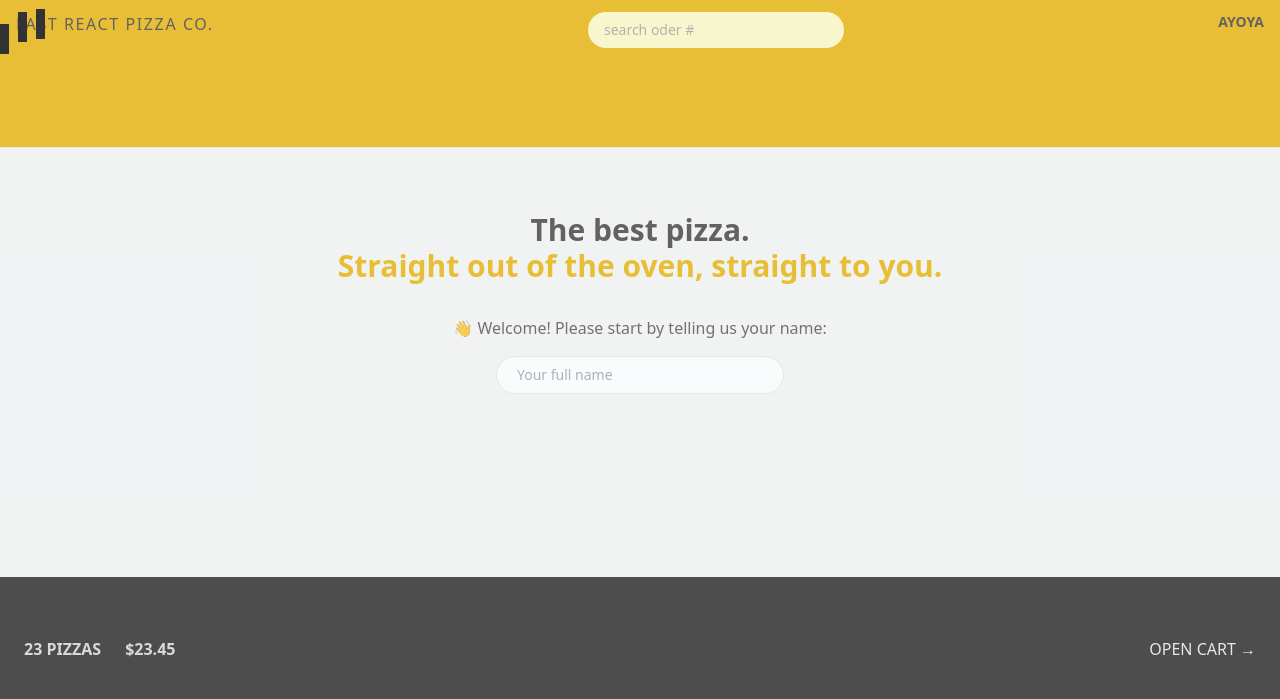
Repository: ayakhaled0001/pizza-delivery
Page: /
The author's editor kept a copy of each file at every save. The page is drawn from the files as they stood at one save, then again after the next save.
The browser window is 1280 px wide. The pictures show the whole page.
The project was rebuilt for these pictures with package versions that can differ from the ones it lists, and the page was loaded fresh each time. Also part of the build but not shown: vite.config.js, src/ui/Button.jsx, src/services/apiRestaurant.jsx, src/utilities/helpers.jsx, src/features/menu/MenuItem.jsx, src/features/menu/Menu.jsx, src/ui/LinkButton.jsx, src/features/cart/Cart.jsx and 2 more. Imported but missing from the stored project, and not drawn on this page: src/features/order/CreateOrder.

Above is the page before, as saved 2025-05-01 05:03:17.

After the next save:
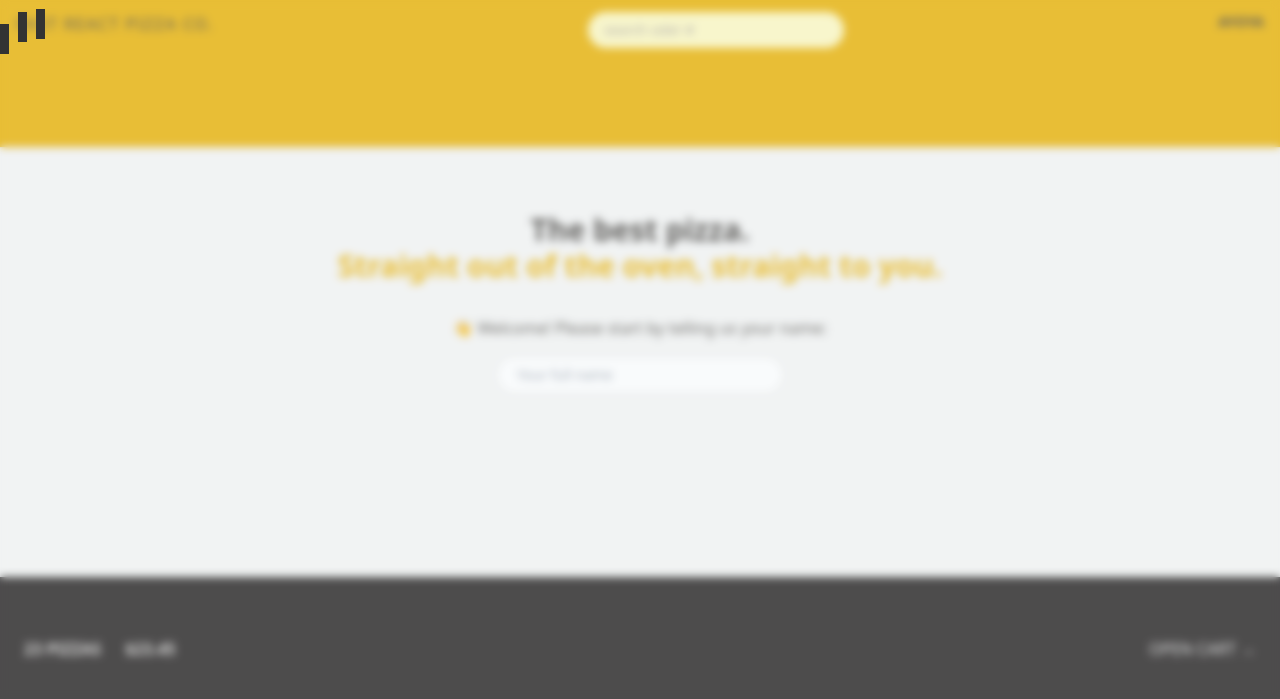
Saved 16 s later.
--- a/src/ui/Loader.jsx
+++ b/src/ui/Loader.jsx
@@ -1,6 +1,6 @@
 function Loader() {
   return (
-    <div className="absolute bg-slate-200/20 inset-0">
+    <div className="absolute bg-slate-200/20 inset-0 backdrop-blur-sm">
       <div className="loader"></div>
     </div>
   );
